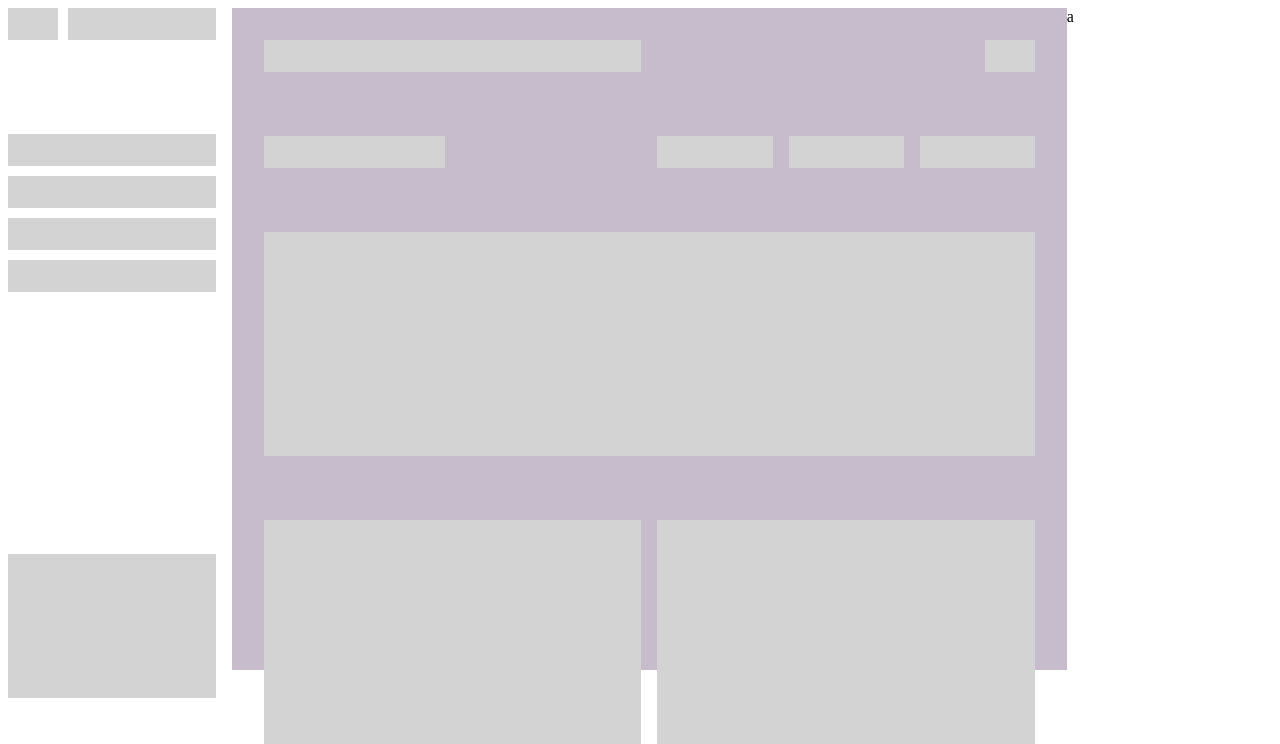
Repository: tr2cky/exercise2
Page: index.html
These files come from the project's save history. The page is drawn as it stood at one moment and after the next save; the edit follows.
The browser window is 1280 px wide. The pictures show the whole page.

Above is the page before, as saved 2022-10-01 12:07:05.

After the next save:
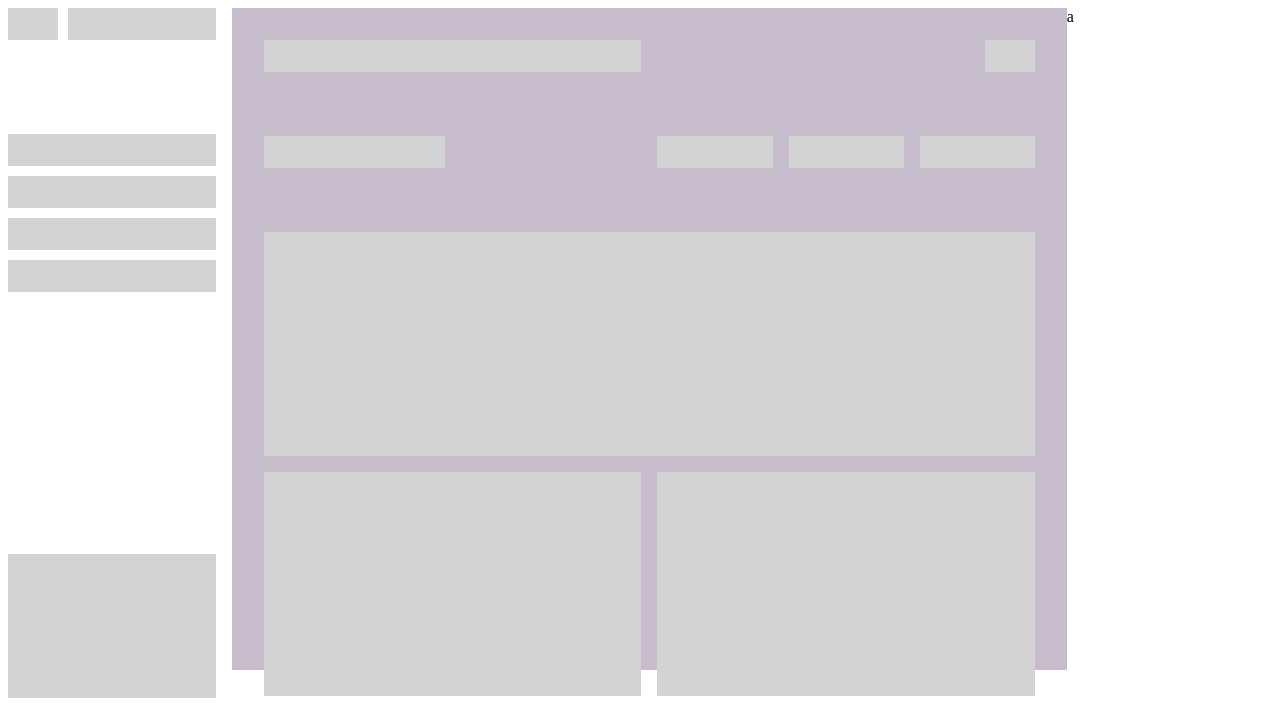
Saved 35 s later.
--- a/style.css
+++ b/style.css
@@ -94,10 +94,10 @@ main div,
     grid-column: 1/13
 }
 #boxh {
-    grid-row: 11/16;
+    grid-row: 10/15;
     grid-column: 1/7;
 }
 #boxj {
-    grid-row: 11/16;
+    grid-row: 10/15;
     grid-column: 7/13;
 }
